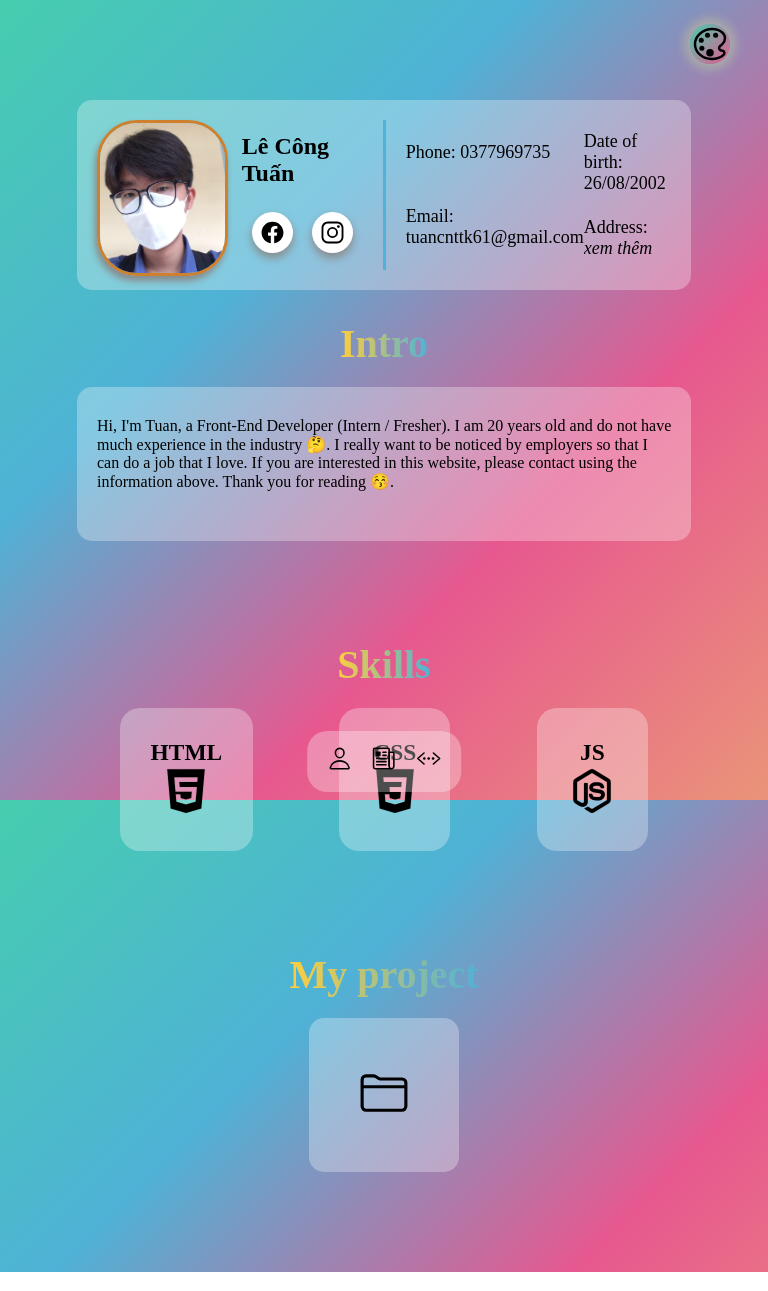
Repository: LeCongTuan2608/Profile
Page: index.html
An editor plug-in stored every save of this project. The page is shown before and after the next save, followed by the edit.
The browser window is 768 px wide. The pictures show the whole page.
Backgrounds fixed to the window are drawn as part of the page. The style sheet was rebuilt from its Sass, Less or Tailwind sources for each picture, by a compiler version that may differ from the author's.

Above is the page before, as saved 2022-05-05 12:22:37.

### index.html
<!DOCTYPE html>
<html lang="en">
   <head>
      <meta charset="UTF-8" />
      <meta http-equiv="X-UA-Compatible" content="IE=edge" />
      <meta name="viewport" content="width=device-width, initial-scale=1.0" />

      <script type="module" src="https://unpkg.com/ionicons@5.5.2/dist/ionicons/ionicons.esm.js"></script>
      <script nomodule src="https://unpkg.com/ionicons@5.5.2/dist/ionicons/ionicons.js"></script>

      <link rel="preconnect" href="https://fonts.googleapis.com" />
      <link rel="preconnect" href="https://fonts.gstatic.com" crossorigin />
      <link href="https://fonts.googleapis.com/css2?family=Pacifico&display=swap" rel="stylesheet" />

      <link href="https://unpkg.com/aos@2.3.1/dist/aos.css" rel="stylesheet" />
      <script src="https://unpkg.com/aos@2.3.1/dist/aos.js"></script>

      <link rel="stylesheet" href="./sass/css/style.css" />
      <title>Profile</title>
   </head>
   <body>
      <div class="container">
         <div class="palette">
            <ion-icon name="color-palette-outline"></ion-icon>
            <div class="list-color">
               <ul>
                  <li class="bgr-color"></li>
                  <li class="bgr-color"></li>
                  <li class="bgr-color"></li>
               </ul>
            </div>
         </div>

         <div class="contents">
            <div data-aos="flip-left" data-aos-duration="1500">
               <div class="card-info">
                  <div class="personal-information">
                     <div class="image">
                        <div class="user-image">
                           <img src="./images/1.JPG" alt="" />
                        </div>
                        <div class="user-intro">
                           <h2>Lê Công Tuấn</h2>
                           <div class="user-intro-navigation">
                              <div class="navigation-fb">
                                 <a href="https://www.facebook.com/profile.php?id=100026041985048"
                                    ><ion-icon name="logo-facebook"></ion-icon
                                 ></a>
                                 <span>facebook</span>
                              </div>
                              <div class="navigation-ins">
                                 <a href="https://www.instagram.com/tuanle2608/"
                                    ><ion-icon name="logo-instagram"></ion-icon
                                 ></a>
                                 <span>instagram</span>
                              </div>
                           </div>
                        </div>
                     </div>
                     <div class="contact">
                        <div class="contact-info">
                           <span>Phone: 0377969735</span>
                           <span>Email: tuancnttk61@gmail.com</span>
                        </div>
                        <div class="contact-info">
                           <span>Date of birth: 26/08/2002</span>
                           <span>Address: <i id="see">xem thêm</i></span>
                        </div>
                     </div>
                  </div>
               </div>
            </div>
            <div class="card-intro">
               <div class="intro-yourself">
                  <div class="title">
                     <div data-aos="fade-up" data-aos-duration="1000">
                        <h1>Intro</h1>
                     </div>
                  </div>
                  <div data-aos="flip-down" data-aos-duration="1000">
                     <div class="intro-content">
                        <p>
                           Hi, I'm Tuan, a Front-End Developer (Intern / Fresher). I am 20 years old and do not have
                           much experience in the industry 🤔. I really want to be noticed by employers so that I can do
                           a job that I love. If you are interested in this website, please contact using the
                           information above. Thank you for reading 😚.
                        </p>
                     </div>
                  </div>
               </div>

               <div class="my-skills">
                  <div class="title">
                     <div data-aos="fade-down" data-aos-easing="linear" data-aos-duration="300">
                        <h1>Skills</h1>
                     </div>
                  </div>
                  <div class="skills-content">
                     <div class="list-skills">
                        <div data-aos="fade-right">
                           <h3>HTML</h3>
                           <ion-icon name="logo-html5"></ion-icon>
                        </div>

                        <div data-aos="fade-down">
                           <h3>CSS</h3>
                           <ion-icon name="logo-css3"></ion-icon>
                        </div>

                        <div data-aos="fade-left">
                           <h3>JS</h3>
                           <ion-icon name="logo-nodejs"></ion-icon>
                        </div>
                     </div>
                  </div>
               </div>

               <div class="my-project">
                  <div class="title">
                     <div data-aos="fade-up" data-aos-anchor-placement="bottom-bottom">
                        <h1>My project</h1>
                     </div>
                  </div>
                  <div class="project-box">
                     <div data-aos="zoom-in">
                        <div class="box">
                           <ion-icon name="folder-outline"></ion-icon>
                        </div>
                     </div>
                  </div>
               </div>
            </div>
         </div>

         <div class="box-container">
            <div class="list-project">
               <div class="close">
                  <ion-icon name="close-circle-outline"></ion-icon>
               </div>

               <ul>
                  <li>
                     <a href="https://lecongtuan2608.github.io/Youtube/">https://lecongtuan2608.github.io/Youtube/</a>
                  </li>
                  <li><a href="https://lecongtuan2608.github.io/music/">https://lecongtuan2608.github.io/music/</a></li>
               </ul>
            </div>
         </div>
         <div class="toolbar">
            <div class="tollbar-list">
               <ul>
                  <li><ion-icon name="person-outline"></ion-icon></li>
                  <li><ion-icon name="newspaper-outline"></ion-icon></li>
                  <li><ion-icon name="code-working-outline"></ion-icon></li>
               </ul>
            </div>
         </div>
      </div>
   </body>
   <script>
      AOS.init();
   </script>
   <script src="./js/app.js"></script>
</html>

### js/app.js
const open_project = document.querySelector('.box');
const box_container = document.querySelector('.box-container');
const close_box = document.querySelector('.close');
const list_project = document.querySelector('.list-project');
open_project.addEventListener('click', function () {
   box_container.classList.add('open');
});
close_box.addEventListener('click', function () {
   box_container.classList.remove('open');
});
box_container.addEventListener('click', function () {
   box_container.classList.remove('open');
});
list_project.addEventListener('click', function (event) {
   event.stopPropagation();
});

const palette = document.querySelector('.palette');
var bgr_colors = document.querySelectorAll('.bgr-color');
const container = document.querySelector('.container');
const text_colors = document.querySelectorAll('.title h1');
function bgr_change() {
   for (let i = 0; i < bgr_colors.length; i++) {
      bgr_colors[i].addEventListener('click', function () {
         bgr_colors = i;
         if (bgr_colors == 0) {
            for (let text_color of text_colors) {
               text_color.classList.remove('text-color-2');
               text_color.classList.remove('text-color-3');
               text_color.classList.add('text-color-1');
            }
            container.classList.remove('bgr-color-2');
            container.classList.remove('bgr-color-3');
            container.classList.add('bgr-color-1');
         } else if (bgr_colors == 1) {
            for (let text_color of text_colors) {
               text_color.classList.remove('text-color-1');
               text_color.classList.remove('text-color-3');
               text_color.classList.add('text-color-2');
            }
            container.classList.remove('bgr-color-1');
            container.classList.remove('bgr-color-3');
            container.classList.add('bgr-color-2');
         } else if (bgr_colors == 2) {
            for (let text_color of text_colors) {
               text_color.classList.remove('text-color-1');
               text_color.classList.remove('text-color-2');
               text_color.classList.add('text-color-3');
            }
            container.classList.remove('bgr-color-1');
            container.classList.remove('bgr-color-2');
            container.classList.add('bgr-color-3');
         }
      });
   }
}
bgr_change();

### sass/style.scss
*{
    margin: 0;
    padding: 0;
}
html{
    width: 100%;
    height: 100%;
    padding: 0;
    margin: 0;
    font-family: 'Fredoka One', cursive;

}
body{
    width: 100%;
    height: auto;

}
.container{
    padding-top: 100px;
    width: 100%;
    height: auto;
    position: relative;
    background-image: linear-gradient(-45deg, #ea9479, #e7588f, #4fb2d6, #46cdae);
    background-attachment: fixed;
}
.bgr-color-1{
    background-image: linear-gradient(90deg, #74EBD5 0%, #9FACE6 100%);
    background-attachment: fixed;
}
.bgr-color-2{
    background-image: linear-gradient(to right, #eea2a2 0%, #bbc1bf 19%, #57c6e1 42%, #b49fda 79%, #7ac5d8 100%);
    background-attachment: fixed;
}
.bgr-color-3{
    background-image: linear-gradient(to top, #88d3ce 0%, #6e45e2 100%);
    background-attachment: fixed;
}
.palette{
    position: fixed;
    top: 3%;
    right: 5%;
    font-size: 40px;
}
.list-color ul{
    position: absolute;
}
.palette:hover ul li{
    display: block;
}
// chọn màu bgr
.list-color ul li:first-child{
    margin-bottom: 10px;
    background-image: linear-gradient(90deg, #74EBD5 0%, #9FACE6 100%);
}
.list-color ul li:nth-of-type(2){
    margin-bottom: 10px;
    background-image: linear-gradient(to right, #eea2a2 0%, #bbc1bf 19%, #57c6e1 42%, #b49fda 79%, #7ac5d8 100%);
}
.list-color ul li:last-child{
    background-image: linear-gradient(to top, #88d3ce 0%, #6e45e2 100%);

}

.list-color ul li{
    list-style-type: none;
    display: none;
    width: 40px;
    height: 40px;
    border-radius: 100rem;
    box-shadow: #3d3d3d -1px 2px 5px 2px;

}
.toolbar{
    width:  20%;
    border-radius: 20px;
    position: fixed;
    font-size: 25px;
    left: 50%;
    transform: translateX(-50%);
    bottom: 1%;
    background-color: rgba($color: white, $alpha: 0.3);
}
.tollbar-list{
    padding: 10px;
}
.toolbar ul{
    display: flex;
    justify-content: space-around;
}
.toolbar ul li {
    list-style-type: none;
    display: inline;
    border-radius: 100rem;
    cursor: pointer;
}
.toolbar ul li ion-icon{
    padding: 5px;
}
.toolbar ul li:hover {
background-color: #a5e296;
}
.palette ion-icon{
    background-image: linear-gradient(-45deg, #e7588f,#46cdae);
    border-radius: 100rem;
    box-shadow: #a9a9a9 0px 0px 10px 6px;
    cursor: pointer;
}
.contents{
    width: 100%;
    display: flex;
    flex-wrap: wrap;
    align-content: center;
    flex-direction: column;
}
.contents > div{
    width: 60%;
}
.card-info{
    background-color: rgba($color: white, $alpha: 0.3);
    border-radius: 15px;
}
.personal-information{
    padding: 20px;
    display: flex;

}
.image{
    display: flex;
    flex: 1;
    border-right: 3px solid;
    border-color:#4fb2d6;
    padding-right: 20px;
}
.user-image{
    width: 150px;
    height: 150px;
    // border: 3px solid;
    // border-image-source: linear-gradient(to top, #f64f59, #9634c8);
    // border-image-slice :1;
}
.user-image img{
    width: 100%;
    height: 100%;
    object-fit: cover;
    border-radius: 40px;
    border: solid;
    border-color: #cd802e;
    box-shadow: rgb(137, 137, 137) -2px 5px 7px 0px;


}
.user-intro{
    display: flex;
    margin-left: 20px;
    flex-direction: column;
    justify-content: space-around;
}
.user-intro-navigation{
    display: flex;
    justify-content: space-around;
}
.user-intro-navigation a{
    color: black;
    text-decoration: none;
}
.user-intro-navigation a > ion-icon{
    font-size: 25px;
    border-radius: 100rem;
    padding: 8px;
    background-color: white;
    box-shadow: rgb(137, 137, 137) 0px 5px 10px 0px;
}
.navigation-fb{
    position: relative;
}
.navigation-fb span{
    display: none;
}
.navigation-fb a > ion-icon:hover{
    background-color: rgb(153, 159, 248);
}
.navigation-fb:hover span{
    position: absolute;
    display: block;
    background-color: rgb(153, 159, 248);
    border-radius: 40px;
    padding: 5px;
    font-size: 18px;
    top: -95%;
    left: -50%;
    font-weight: 700;
    animation: intro ease 0.5s;
    z-index: 2;
}
.navigation-fb:hover::after{
    position: absolute;
    content: "";
    width: 13px;
    height: 13px;
    background-color: rgb(153, 159, 248);
    clip-path: polygon(50% 100%, 0 0, 100% 0);
    top: -25%;
    left: 30%;
    animation: intro ease 0.5s;
    z-index: 1;
}


.navigation-ins{
    position: relative;
}
.navigation-ins span{
    display: none;
}
.navigation-ins a > ion-icon:hover{
    background-color: rgb(64, 173, 177);
}
.navigation-ins:hover span{
    position: absolute;
    display: block;
    background-color: rgb(64, 173, 177);
    border-radius: 40px;
    padding: 5px;
    font-size: 18px;
    top: -95%;
    left: -50%;
    font-weight: 700;
    animation: intro ease 0.5s;
    z-index: 2;
}
.navigation-ins:hover::after{
    position: absolute;
    content: "";
    width: 13px;
    height: 13px;
    background-color: rgb(64, 173, 177);
    clip-path: polygon(50% 100%, 0 0, 100% 0);
    top: -25%;
    left: 30%;
    animation: intro ease 0.5s;
    z-index: 1;
}
.contact{
    flex: 1;
    display: flex;
    padding-left: 20px;
}
.contact-info{
    flex: 1;
    display: flex;
    flex-direction: column;
    justify-content: space-around;
}
.contact-info span{
    font-size: 18px;
    overflow: hidden;
}

.card-intro{
    margin-top: 30px;
    width: 60%;

}
.intro-yourself{
    margin: 30px 0 100px 0;
}
.title{
    text-align: center;
    margin-bottom: 20px;
    font-size: 20px;
}
.title h1{
    display: inline-block;
    background-image: linear-gradient( to right,#ffce3d, #4fb2d6);
    color: transparent;
    -webkit-background-clip: text;
    background-clip: text;
}
// đổi màu text
.text-color-1{
    background-image: linear-gradient(-225deg, #AC32E4 0%, #7918F2 48%, #4801FF 100%) !important;
}
.text-color-2{
    background-image: linear-gradient(-225deg, #A445B2 0%, #D41872 52%, #FF0066 100%) !important;
}
.text-color-3{
    background-image: linear-gradient(to top, #50cc7f 0%, #f5d100 100%) !important;
}

//===============
.intro-content{
    padding: 30px 20px 50px 20px;
    background-color: rgba($color: white, $alpha: 0.3);
    border-radius: 15px;
}

.my-skills {
    margin: 30px 0 100px 0;
}
.skills-content .list-skills{
    display: flex;
    justify-content: space-around;
}
.skills-content .list-skills div{
    padding: 5%;
    border-radius: 20px;
    background-color: rgba(255, 255, 255, 0.3);
    list-style-type: none;
    display: inline;
    text-align: center;
    font-size: 20px;
}

.skills-content .list-skills div ion-icon{
    font-size: 50px;
}
.my-project{
    margin: 30px 0 100px 0;

}
.project-box{
    display: flex;
    justify-content: center;
}
.box{
    background-color: rgba($color: white, $alpha: 0.3);
    border-radius: 15px;
    text-align: center;
    cursor: pointer;
}
.box:hover{
    transition-duration: 0.5s;
    transform: scale(1.1, 1.1);
    box-shadow: rgba(130, 130, 130, 0.773) 0px 1px 5px 2px;
}
.box > ion-icon{
    font-size: 50px;
    padding: 50px;
}
.box-container{
    position: fixed;
    top:0;
    left: 0;
    right: 0;
    bottom: 0;
    background-color: rgba( rgb(186, 186, 186), 0.5);
    display: none;
}
.open{
    display: block;
}
.list-project{
    position: absolute;
    left: 30%;
    right: 30%;
    top: 50%;
    transform: translateY(-50%);
    border-radius: 15px;
    background-color: white;
    box-shadow: rgb(137, 137, 137) 0px 5px 10px 0px;
    text-align: center;
    animation: intro ease 1s;

}
.close{
    position: absolute;
    width: 30px;
    height: 30px;
    right: 2%;
    top: 2%;
    font-size: 25px;
    cursor: pointer;
}
.list-project ion-icon:hover{
    color: red;
    border-radius: 100rem;

}
.list-project ul{
    padding: 50px 10px 30px 10px;
}
.list-project ul li{
    list-style-type: none;
}
.list-project ul li a{
    text-decoration: none;
    color: black;
}
.list-project ul li a:hover{
    color: rgb(53, 138, 213);
}
@keyframes intro{
    from {
        transform: translateY((100%));
    }
    to{
        transform: translateY((-50%));
    }
}
@media screen and (max-width:1060px) {
    .contents {
        display: block;
    }
    .contents > div{
        margin: 0 10% 0 10%;
        width: 80%;
    }
}
@media screen and (max-width:820px) {
    .contents {
        display: block;
    }
}

After the next save:
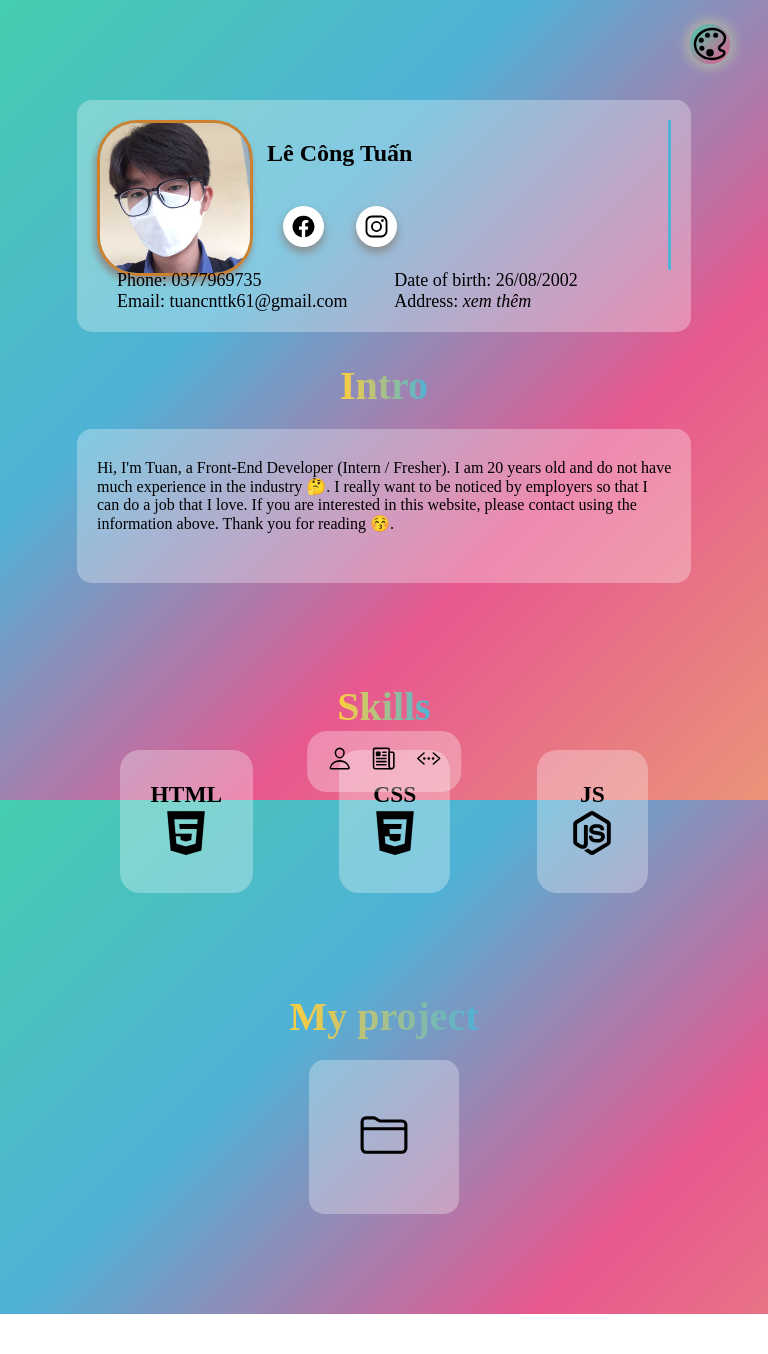
Saved 36 s later.
--- a/sass/style.scss
+++ b/sass/style.scss
@@ -410,4 +410,7 @@ background-color: #a5e296;
     .contents {
         display: block;
     }
-}
+    .personal-information{
+        display: block;
+    }
+}
